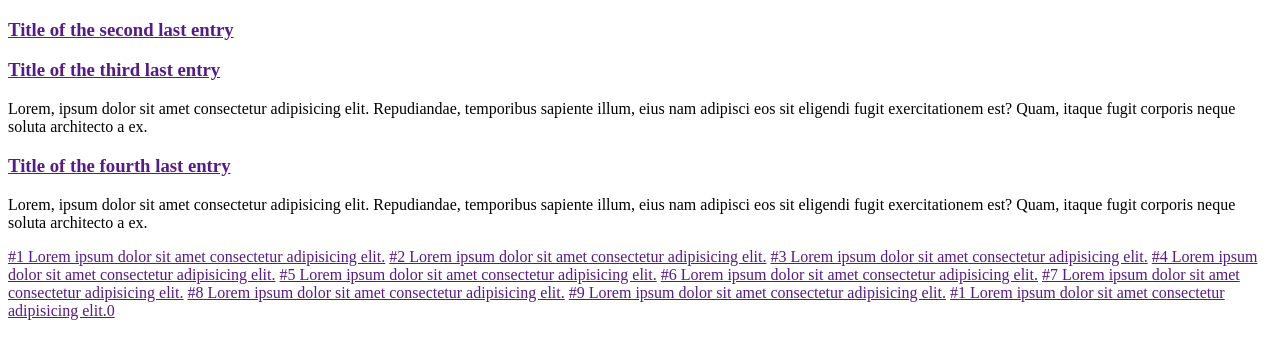
Repository: KikiMcArron/Don_Kiki_McArron
Page: index.html
The author's editor kept a copy of each file at every save. The page is drawn from the files as they stood at one save, then again after the next save.
The browser window is 1280 px wide. The pictures show the whole page.

Above is the page before, as saved 2022-04-10 21:31:48.

After the next save:
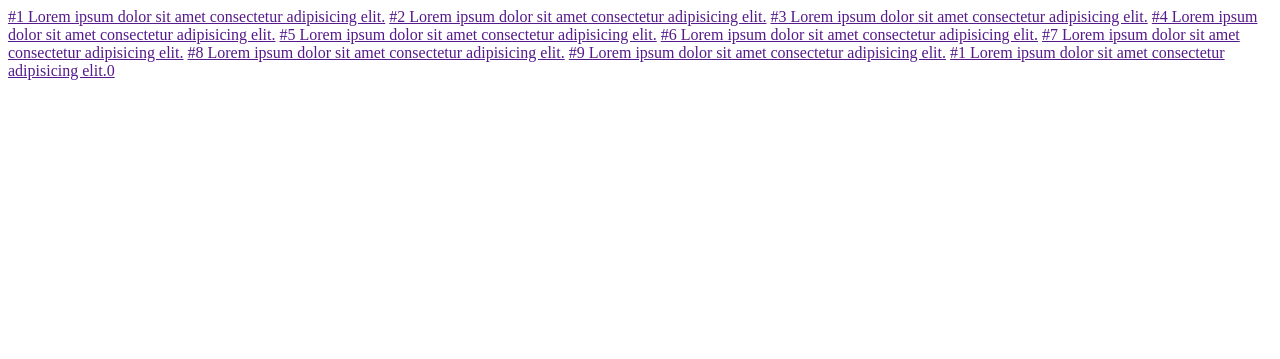
Saved 10 s later.
--- a/index.html
+++ b/index.html
@@ -18,20 +18,7 @@
         </section>
         <section class="prev_entries">
             <div>
-                <a href=""><h3>Title of the second last entry</h3></a>
 
-                </div>
-                <div>
-                    <a href=""><h3>Title of the third last entry</h3></a>
-                    <p>Lorem, ipsum dolor sit amet consectetur adipisicing elit. Repudiandae, temporibus sapiente illum,
-                        eius nam adipisci eos sit eligendi fugit exercitationem est? Quam, itaque fugit corporis neque
-                        soluta architecto a ex.</p>
-                    </div>
-                    <div>
-                        <a href=""><h3>Title of the fourth last entry</h3></a>
-                            <p>Lorem, ipsum dolor sit amet consectetur adipisicing elit. Repudiandae, temporibus sapiente illum,
-                                eius nam adipisci eos sit eligendi fugit exercitationem est? Quam, itaque fugit corporis neque
-                                soluta architecto a ex.</p>
             </div>
         </section>
         <section class="hitory_entries">
